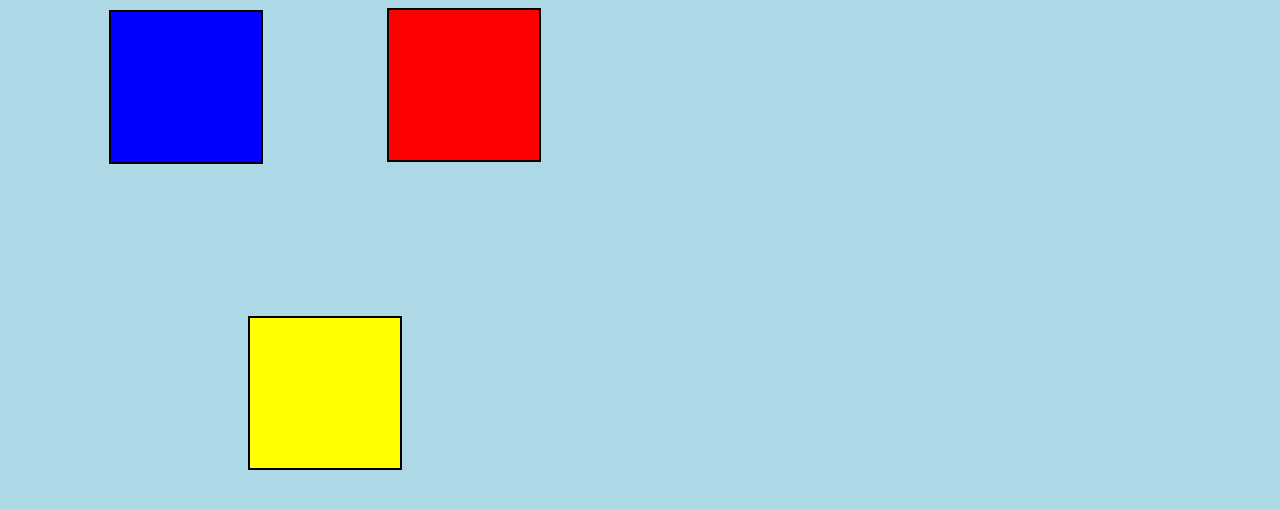
Repository: Sushant203/myPersonalSite
Page: index.html
An editor plug-in stored every save of this project. The page is shown before and after a run of saves, followed by the edit.
The browser window is 1280 px wide. The pictures show the whole page.

Above is the page before, as saved 2022-12-05 17:43:58.

After the next 2 saves:
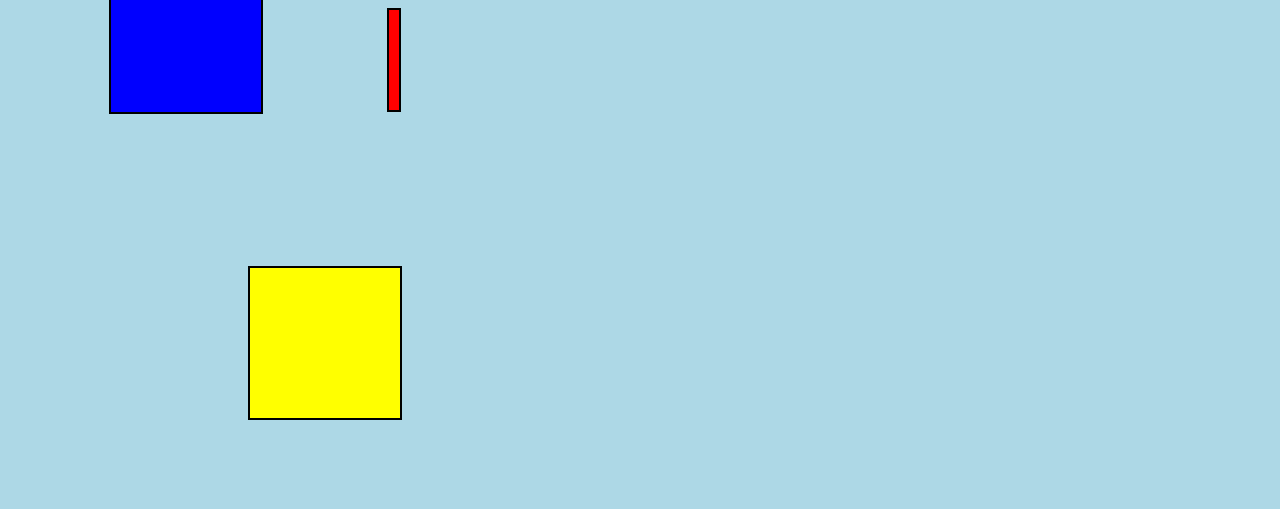
The 2 saves are shown as one change because they came seconds apart.
The last was saved 53 min 47 s later.
--- a/css/style.css
+++ b/css/style.css
@@ -6,8 +6,8 @@ body{
 .box-1{
     border: 2px solid black ;
     background-color: red;
-    height: 150px;
-    width: 150px;
+    height: 100px;
+    width: 10px;
     position: relative;
     left: 30%;
 }
